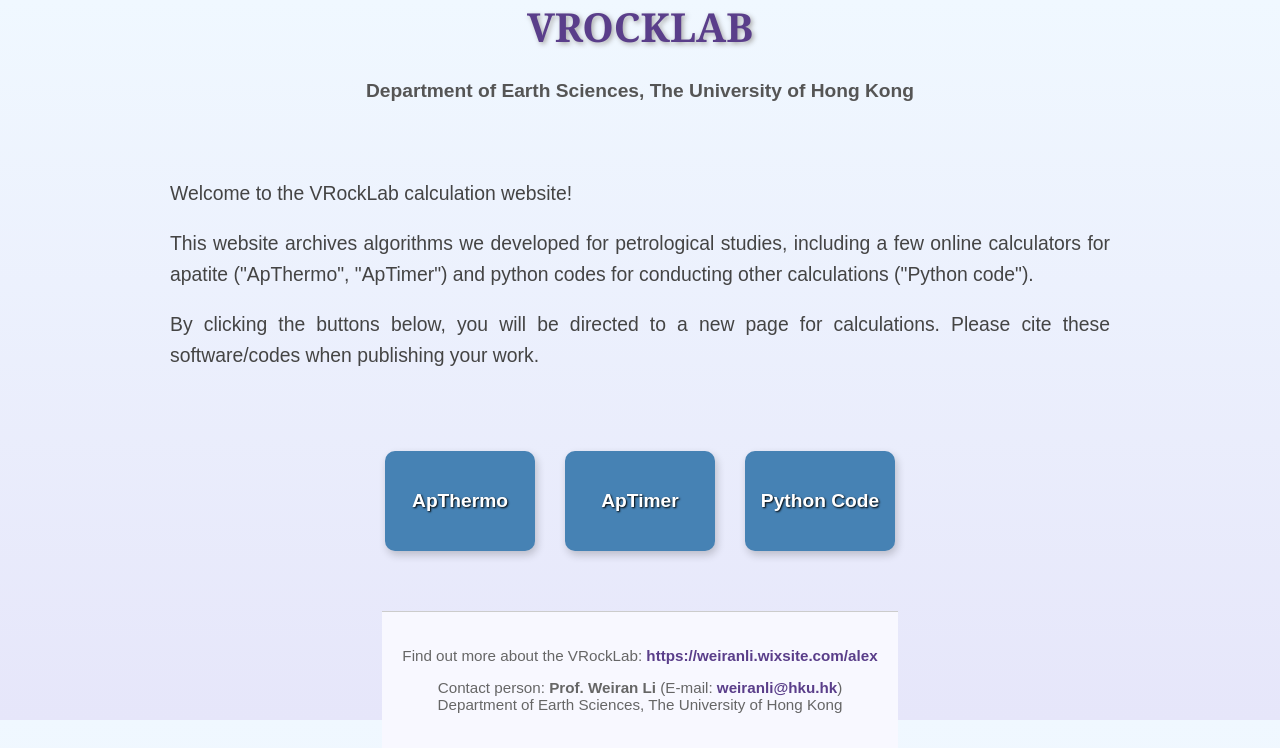
Repository: Abyss2019/home_page
Page: index.html
The author's editor kept a copy of each file at every save. The page is drawn from the files as they stood at one save, then again after the next save.
The browser window is 1280 px wide. The pictures show the whole page.

Above is the page before, as saved 2025-04-06 10:30:30.

After the next save:
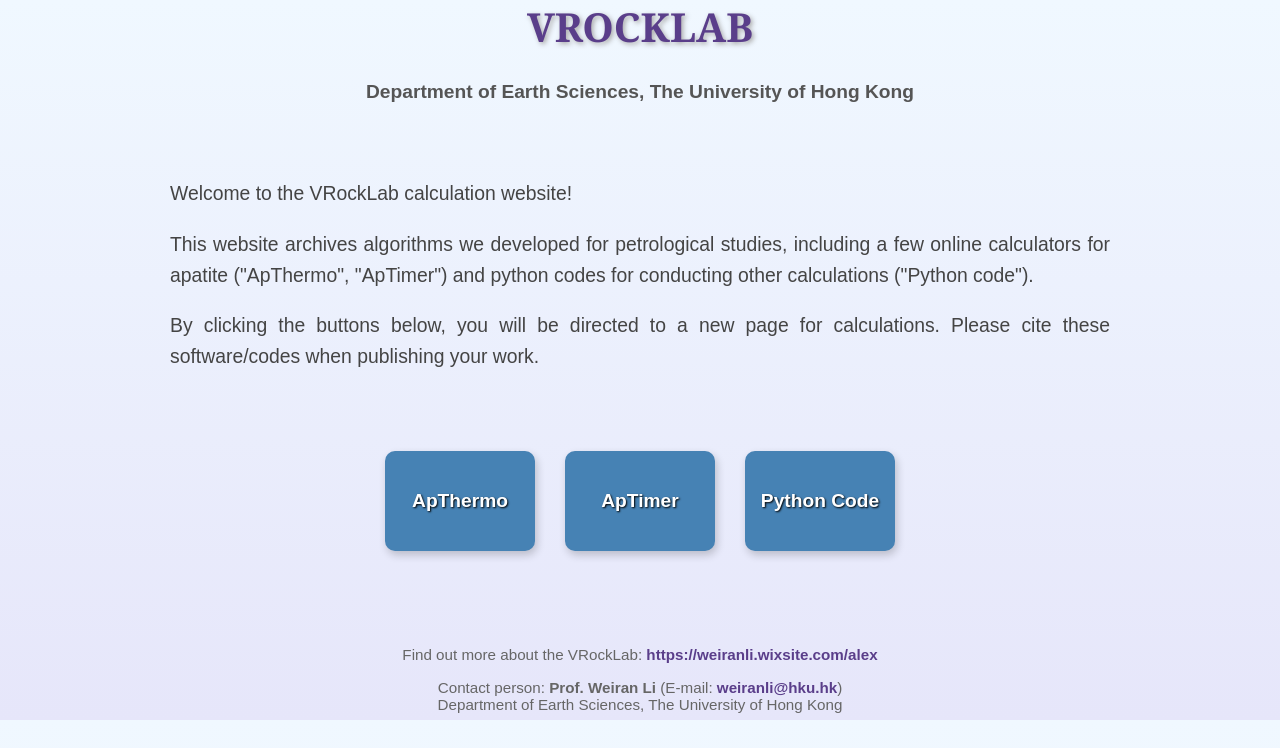
Saved 7 s later.
--- a/index.html
+++ b/index.html
@@ -87,8 +87,8 @@
         color: #666;
         text-align: center;
         padding: 20px;
-        background-color: #f8f8ff;
-        border-top: 1px solid #ccc;
+        /* background-color: #f8f8ff; */
+        /* border-top: 1px solid #ccc; */
         }
 
         footer a {
